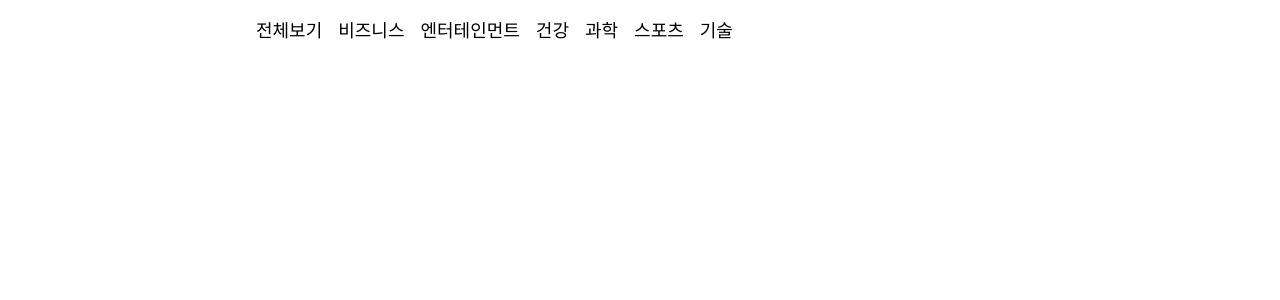
Repository: parkhyeonki/news-viewer
Page: /
These files come from the project's save history. The page is drawn as it stood at one moment and after the next save; the edit follows.
The browser window is 1280 px wide. The pictures show the whole page.
The page's requests for data from a server got no answer. The project was rebuilt for these pictures with package versions that can differ from the ones it lists, and the page was loaded fresh each time. No one was signed in, and anything a server would have sent is missing. Also part of the build but not shown: src/App.css, src/components/NewsItem/NewsItem.js.

Above is the page before, as saved 2022-05-19 16:00:20.

After the next save:
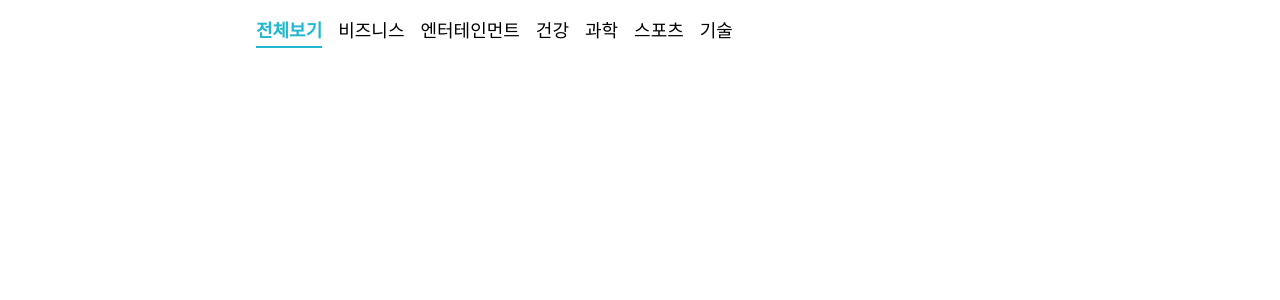
Saved 66 s later.
--- a/src/components/Categories/Categories.js
+++ b/src/components/Categories/Categories.js
@@ -73,8 +73,14 @@ const Category = styled.div`
 const Categories = ({ onSelect, category }) => {
   return (
     <CategoriesBlock>
-      {categories.map((category) => (
-        <Category key={category.name}>{category.text}</Category>
+      {categories.map((c) => (
+        <Category
+          key={c.name}
+          active={category === c.name}
+          onClick={() => onSelect(c.name)}
+        >
+          {c.text}
+        </Category>
       ))}
     </CategoriesBlock>
   );
